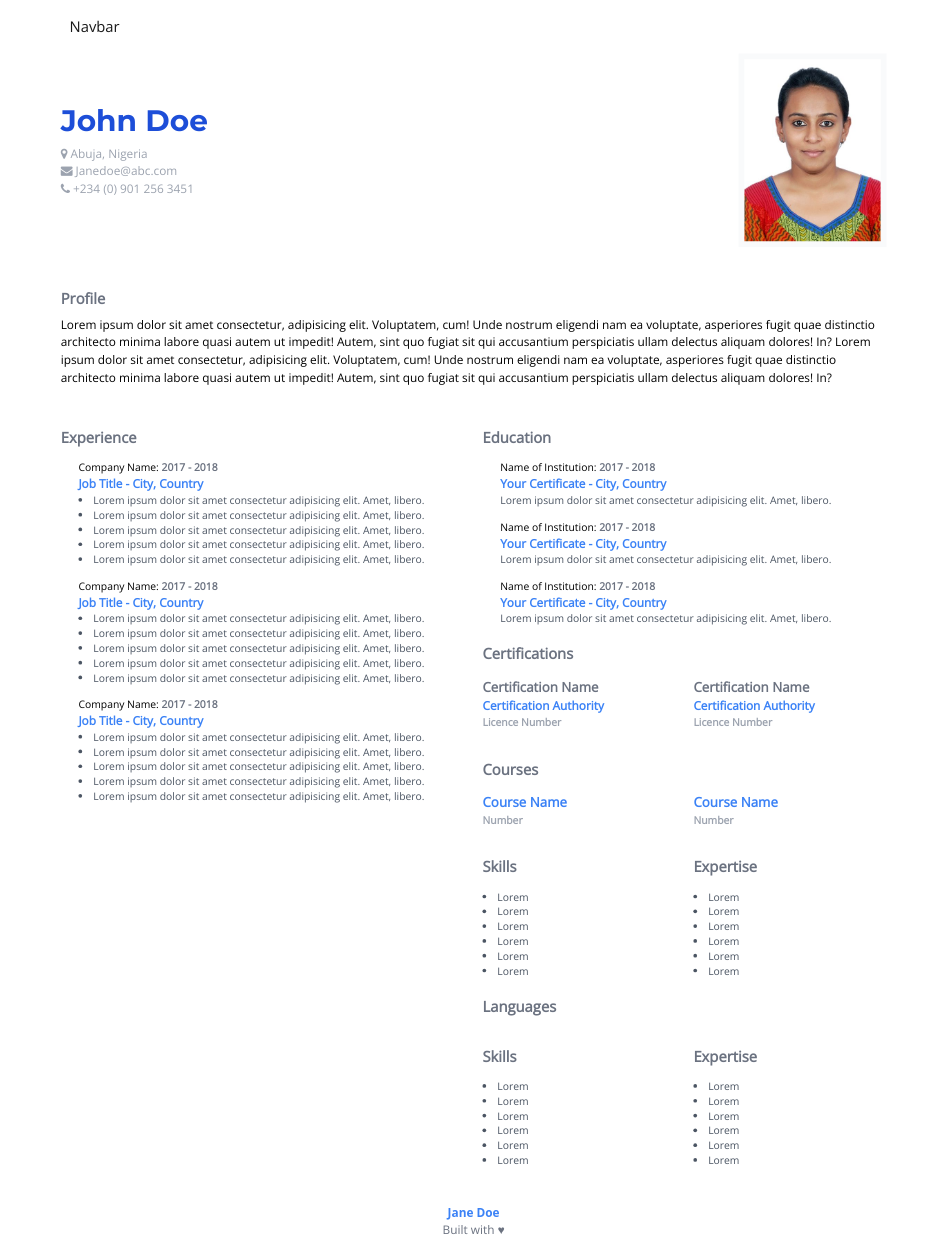
Repository: latenightsnacc/giggles
Page: HTML/CV.html
These files come from the project's save history. The page is drawn as it stood at one moment and after the next save; the edit follows.
The browser window is 1280 px wide. The pictures show the whole page, at 74% of full size.
Some web libraries are served in a nearby version.

Above is the page before, as saved 2021-01-06 15:57:02.

### HTML/CV.html
<!DOCTYPE html>
<html lang="en">
<head>
    <meta charset="UTF-8">
    <meta name="viewport" content="width=device-width, initial-scale=1.0">
    <link href="https://cdnjs.cloudflare.com/ajax/libs/tailwindcss/2.0.2/tailwind.min.css" rel="stylesheet">
    <link rel="stylesheet" href="https://stackpath.bootstrapcdn.com/font-awesome/4.7.0/css/font-awesome.min.css" />
    <link href="https://cdn.jsdelivr.net/npm/bootstrap@5.0.0-beta1/dist/css/bootstrap.min.css" rel="stylesheet" integrity="sha384-giJF6kkoqNQ00vy+HMDP7azOuL0xtbfIcaT9wjKHr8RbDVddVHyTfAAsrekwKmP1" crossorigin="anonymous">
    <link rel="stylesheet" href="stylesheet.css">
    <title>CV Page</title>
</head>
<body class="overflow-x-hidden">
    <!--Navigation-->
    <header class="container">
        <nav class="navbar navbar-expand-lg navbar-light bg-white py-3">
            <div class="container-fluid">
              <a class="navbar-brand" href="search.html">Navbar</a>
              <button class="navbar-toggler" type="button" data-bs-toggle="collapse" data-bs-target="#navbarNavDropdown" aria-controls="navbarNavDropdown" aria-expanded="false" aria-label="Toggle navigation">
                <span class="navbar-toggler-icon"></span>
              </button>
              <div class="collapse navbar-collapse" id="navbarNavDropdown">

              </div>
            </div>
        </nav>
    </header>
    <main>
        <!--Basic Profile-->
        <div class="container">
            <div class="row flex items-center">
                <div class="col-xs-6 col-sm-6 col-md-6 col-lg-6 col-xl-6">
                    <div class="flex flex-col justify-items-center  my-2 md:my-0 md:justify-items-start">
                        <h1 class="font-bold text-blue-700">John Doe</h1>
                        <li class="list-none text-gray-400">
                            <i class="fa fa-map-marker"></i>
                            Abuja, Nigeria
                        </li>
                        <li class="list-none text-gray-400">
                            <i class="fa fa-envelope"></i>
                            Janedoe@abc.com
                        </li>
                        <li class="list-none text-gray-400">
                            <i class="fa fa-phone"></i>
                            +234 (0) 901 256 3451
                        </li>
                    </div>
                </div>
                <div class="col-xs-6 col-sm-6 col-md-6 col-lg-6 col-xl-6">
                    <div>
                        <img class="border-8 border-gray-50 mx-auto md:float-right" src="assets/passportPhoto.jpg" style="width:200px" alt="profile picture">
                    </div>
                </div>

            </div>
        </div>

        <div class="container my-5">
            <div class="text-gray-500 font-semibold text-xl py-2">Profile</div>
            <p class="text-md text-black">Lorem ipsum dolor sit amet consectetur, adipisicing elit. Voluptatem, cum! Unde nostrum eligendi nam ea voluptate, asperiores fugit quae distinctio architecto minima labore quasi autem ut impedit! Autem, sint quo fugiat sit qui accusantium perspiciatis ullam delectus aliquam dolores! In? Lorem ipsum dolor sit amet consectetur, adipisicing elit. Voluptatem, cum! Unde nostrum eligendi nam ea voluptate, asperiores fugit quae distinctio architecto minima labore quasi autem ut impedit! Autem, sint quo fugiat sit qui accusantium perspiciatis ullam delectus aliquam dolores! In?</p>
        </div>

        <div class="container my-5">
            <div class="row">
                <div class="col-xs-12 col-sm-12 col-md-12 col-lg-6 col-xl-6">
                    <div class="text-gray-500 font-semibold text-xl py-2">Experience</div>
                    <div class="container-sm my-2">
                        <div class="text-black text-sm">Company Name: <span class="text-gray-500 font-semibold">2017 - 2018</span></div>
                        <div class="font-bold text-md text-blue-500">Job Title - City, Country</div>
                        <li class="text-sm text-gray-600">Lorem ipsum dolor sit amet consectetur adipisicing elit. Amet, libero.</li>
                        <li class="text-sm text-gray-600">Lorem ipsum dolor sit amet consectetur adipisicing elit. Amet, libero.</li>
                        <li class="text-sm text-gray-600">Lorem ipsum dolor sit amet consectetur adipisicing elit. Amet, libero.</li>
                        <li class="text-sm text-gray-600">Lorem ipsum dolor sit amet consectetur adipisicing elit. Amet, libero.</li>
                        <li class="text-sm text-gray-600">Lorem ipsum dolor sit amet consectetur adipisicing elit. Amet, libero.</li>
                    </div>
                    <div class="container-sm my-3">
                        <div class="text-black text-sm">Company Name: <span class="text-gray-500 font-semibold">2017 - 2018</span></div>
                        <div class="font-bold text-md text-blue-500">Job Title - City, Country</div>
                        <li class="text-sm text-gray-600">Lorem ipsum dolor sit amet consectetur adipisicing elit. Amet, libero.</li>
                        <li class="text-sm text-gray-600">Lorem ipsum dolor sit amet consectetur adipisicing elit. Amet, libero.</li>
                        <li class="text-sm text-gray-600">Lorem ipsum dolor sit amet consectetur adipisicing elit. Amet, libero.</li>
                        <li class="text-sm text-gray-600">Lorem ipsum dolor sit amet consectetur adipisicing elit. Amet, libero.</li>
                        <li class="text-sm text-gray-600">Lorem ipsum dolor sit amet consectetur adipisicing elit. Amet, libero.</li>
                    </div>
                    <div class="container-sm my-3">
                        <div class="text-black text-sm">Company Name: <span class="text-gray-500 font-semibold">2017 - 2018</span></div>
                        <div class="font-bold text-md text-blue-500">Job Title - City, Country</div>
                        <li class="text-sm text-gray-600">Lorem ipsum dolor sit amet consectetur adipisicing elit. Amet, libero.</li>
                        <li class="text-sm text-gray-600">Lorem ipsum dolor sit amet consectetur adipisicing elit. Amet, libero.</li>
                        <li class="text-sm text-gray-600">Lorem ipsum dolor sit amet consectetur adipisicing elit. Amet, libero.</li>
                        <li class="text-sm text-gray-600">Lorem ipsum dolor sit amet consectetur adipisicing elit. Amet, libero.</li>
                        <li class="text-sm text-gray-600">Lorem ipsum dolor sit amet consectetur adipisicing elit. Amet, libero.</li>
                    </div>
                </div>
                <div class="col-xs-12 col-sm-12 col-md-12 col-lg-6 col-xl-6">
                    <div class="text-gray-500 font-semibold text-xl py-2">Education</div>
                    <div class="container-sm my-2">
                        <div class="text-black text-sm">Name of Institution: <span class="text-gray-500 font-semibold"> 2017 - 2018</span></div>
                        <div class="font-bold text-md text-blue-500">Your Certificate - City, Country</div>
                        <p class="text-sm text-gray-600">Lorem ipsum dolor sit amet consectetur adipisicing elit. Amet, libero.</p>
                    </div>
                    <div class="container-sm my-2">
                        <div class="text-black text-sm">Name of Institution: <span class="text-gray-500 font-semibold"> 2017 - 2018</span></div>
                        <div class="font-bold text-md text-blue-500">Your Certificate - City, Country</div>
                        <p class="text-sm text-gray-600">Lorem ipsum dolor sit amet consectetur adipisicing elit. Amet, libero.</p>
                    </div>
                    <div class="container-sm my-2">
                        <div class="text-black text-sm">Name of Institution: <span class="text-gray-500 font-semibold"> 2017 - 2018</span></div>
                        <div class="font-bold text-md text-blue-500">Your Certificate - City, Country</div>
                        <p class="text-sm text-gray-600">Lorem ipsum dolor sit amet consectetur adipisicing elit. Amet, libero.</p>
                    </div>
                    <div class="text-gray-500 font-semibold text-xl py-2 mt-3 mb-2">Certifications</div>
                    <div class="row">
                        <div class="col-xs-6 col-sm-6 col-md-6 col-lg-6 col-xl-6">
                            <div class="text-gray-500 font-semibold text-lg">Certification Name</div>
                            <div class="font-bold text-md text-blue-500">Certification Authority</div>
                            <p class="font-semibold text-sm text-gray-400">Licence Number</p>
                        </div>
                        <div class="col-xs-6 col-sm-6 col-md-6 col-lg-6 col-xl-6">
                            <div class="text-gray-500 font-semibold text-lg">Certification Name</div>
                            <div class="font-bold text-md text-blue-500">Certification Authority</div>
                            <p class="font-semibold text-sm text-gray-400">Licence Number</p>
                        </div>
                    </div>
                    <div class="text-gray-500 font-semibold text-xl py-2 mt-3 mb-2">Courses</div>
                    <div class="row">
                        <div class="col-xs-6 col-sm-6 col-md-6 col-lg-6 col-xl-6">
                            <div class="text-blue-500 font-semibold text-lg">Course Name</div>
                            <p class="font-semibold text-sm text-gray-400">Number</p>
                        </div>
                        <div class="col-xs-6 col-sm-6 col-md-6 col-lg-6 col-xl-6">
                            <div class="text-blue-500 font-semibold text-lg">Course Name</div>
                            <p class="font-semibold text-sm text-gray-400">Number</p>
                        </div>
                    </div>
                    <div class="row">
                        <div class="col-xs-6 col-sm-6 col-md-6 col-lg-6 col-xl-6">
                            <div class="text-gray-500 font-semibold text-xl py-2 mt-3 mb-2">Skills</div>
                            <li class="text-sm text-gray-600">Lorem</li>
                            <li class="text-sm text-gray-600">Lorem</li>
                            <li class="text-sm text-gray-600">Lorem</li>
                            <li class="text-sm text-gray-600">Lorem</li>
                            <li class="text-sm text-gray-600">Lorem</li>
                            <li class="text-sm text-gray-600">Lorem</li>

                        </div>
                        <div class="col-xs-6 col-sm-6 col-md-6 col-lg-6 col-xl-6">
                            <div class="text-gray-500 font-semibold text-xl py-2 mt-3 mb-2">Expertise</div>
                            <li class="text-sm text-gray-600">Lorem</li>
                            <li class="text-sm text-gray-600">Lorem</li>
                            <li class="text-sm text-gray-600">Lorem</li>
                            <li class="text-sm text-gray-600">Lorem</li>
                            <li class="text-sm text-gray-600">Lorem</li>
                            <li class="text-sm text-gray-600">Lorem</li>
                        </div>
                    </div>
                    <div class="row">
                        <div class="text-gray-500 font-semibold text-xl py-2 mt-3 mb-2">Languages</div>
                        <div class="col-xs-6 col-sm-6 col-md-6 col-lg-6 col-xl-6">

                            <div class="text-gray-500 font-semibold text-xl py-2 mt-3 mb-2">Skills</div>
                            <li class="text-sm text-gray-600">Lorem</li>
                            <li class="text-sm text-gray-600">Lorem</li>
                            <li class="text-sm text-gray-600">Lorem</li>
                            <li class="text-sm text-gray-600">Lorem</li>
                            <li class="text-sm text-gray-600">Lorem</li>
                            <li class="text-sm text-gray-600">Lorem</li>

                        </div>
                        <div class="col-xs-6 col-sm-6 col-md-6 col-lg-6 col-xl-6">
                            <div class="text-gray-500 font-semibold text-xl py-2 mt-3 mb-2">Expertise</div>
                            <li class="text-sm text-gray-600">Lorem</li>
                            <li class="text-sm text-gray-600">Lorem</li>
                            <li class="text-sm text-gray-600">Lorem</li>
                            <li class="text-sm text-gray-600">Lorem</li>
                            <li class="text-sm text-gray-600">Lorem</li>
                            <li class="text-sm text-gray-600">Lorem</li>
                        </div>
                    </div>

                </div>
            </div>
        </div>
    </main>
    <footer class="text-center text-l text-blue-500 font-semibold">
        Jane Doe
        <p class="text-gray-500">Built with &hearts;</p>
    </footer>

    <script src="https://cdn.jsdelivr.net/npm/bootstrap@5.0.0-beta1/dist/js/bootstrap.bundle.min.js" integrity="sha384-ygbV9kiqUc6oa4msXn9868pTtWMgiQaeYH7/t7LECLbyPA2x65Kgf80OJFdroafW" crossorigin="anonymous"></script>

</body>
</html>

### HTML/stylesheet.css
@import url('https://fonts.googleapis.com/css2?family=Montserrat:wght@400;700&family=Open+Sans:wght@300;400&display=swap');

h1, h2, h3, h4, h5, h6 {
    font-family: 'Montserrat', sans-serif;
}
.user-info h1 {
    line-height: 60px;
    font-size: 50px;
    font-weight: 700;
    margin-top: 20px;
}
.user-info h2 {
    line-height: 27px;
    font-size: 18px;
    font-weight: 400;
    margin-top: 15px;
}
.user-info span {
    line-height: 36px;
    font-size: 30px;
    font-weight: 600;
}
.user-info p {
    margin: 5px 0;
}
.user-info button {
    margin-top: 10px;
}
p, div, a, button {
    font-family: 'Open Sans', sans-serif;
    font-weight: 300;
}

.work-experience .row:hover .text {
    border:2px solid  #3b82f6;

}
.work-experience .row:hover .flex .no {
    border:1px solid #3b82f6;

}
.nav-link {
    color: #3b82f6 !important;
}
.nav-item .active{
    font-weight: 600;
}

After the next save:
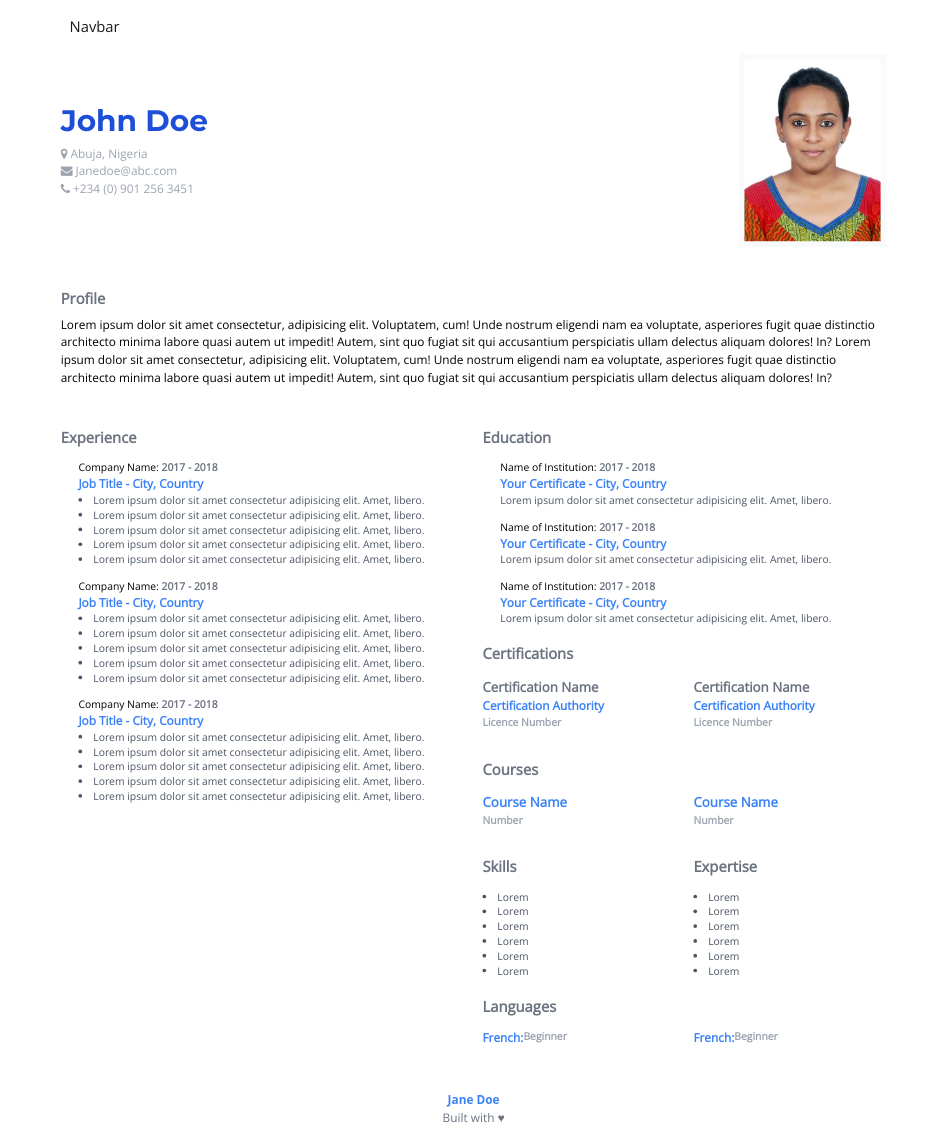
Saved 105 s later.
--- a/HTML/CV.html
+++ b/HTML/CV.html
@@ -156,24 +156,16 @@
                     <div class="row">
                         <div class="text-gray-500 font-semibold text-xl py-2 mt-3 mb-2">Languages</div>
                         <div class="col-xs-6 col-sm-6 col-md-6 col-lg-6 col-xl-6">
-
-                            <div class="text-gray-500 font-semibold text-xl py-2 mt-3 mb-2">Skills</div>
-                            <li class="text-sm text-gray-600">Lorem</li>
-                            <li class="text-sm text-gray-600">Lorem</li>
-                            <li class="text-sm text-gray-600">Lorem</li>
-                            <li class="text-sm text-gray-600">Lorem</li>
-                            <li class="text-sm text-gray-600">Lorem</li>
-                            <li class="text-sm text-gray-600">Lorem</li>
-
+                            <div class="flex flex-row w-100">
+                                <div class="font-bold text-md text-blue-500">French:</div>
+                                <p class="font-semibold text-sm text-gray-400">Beginner</p>
+                            </div>
                         </div>
                         <div class="col-xs-6 col-sm-6 col-md-6 col-lg-6 col-xl-6">
-                            <div class="text-gray-500 font-semibold text-xl py-2 mt-3 mb-2">Expertise</div>
-                            <li class="text-sm text-gray-600">Lorem</li>
-                            <li class="text-sm text-gray-600">Lorem</li>
-                            <li class="text-sm text-gray-600">Lorem</li>
-                            <li class="text-sm text-gray-600">Lorem</li>
-                            <li class="text-sm text-gray-600">Lorem</li>
-                            <li class="text-sm text-gray-600">Lorem</li>
+                            <div class="flex flex-row w-100">
+                                <div class="font-bold text-md text-blue-500">French:</div>
+                                <p class="font-semibold text-sm text-gray-400">Beginner</p>
+                            </div>
                         </div>
                     </div>
 
